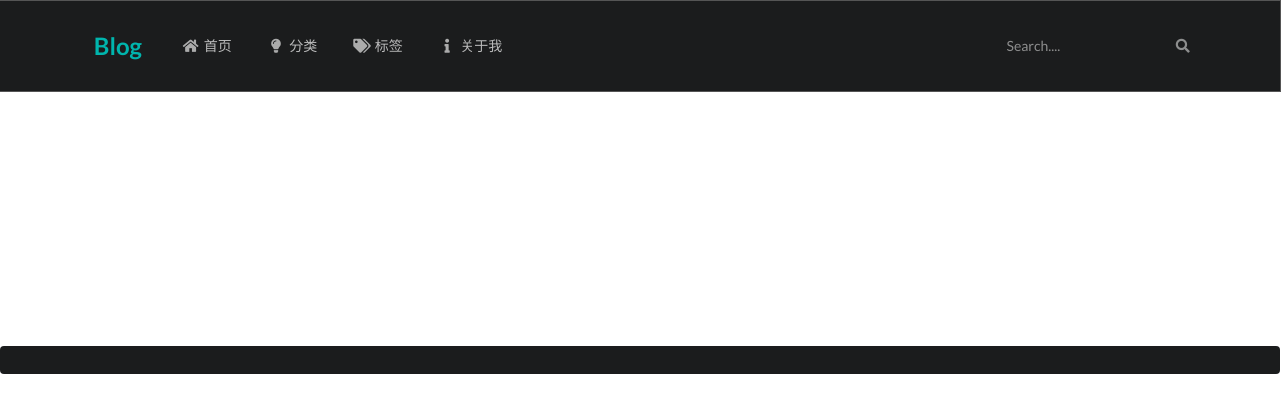
Repository: GOGOHQ/myblog
Page: index.html
The author's editor kept a copy of each file at every save. The page is drawn from the files as they stood at one save, then again after the next save.
The browser window is 1280 px wide. The page is 1281 px wide, so the pictures cover 1281 px, including what lies to the right of the window. The pictures show the whole page.
Some web libraries are served in a nearby version.

Above is the page before, as saved 2020-01-16 14:53:38.

### index.html
<!DOCTYPE html>
<html lang="en">

<head>
    <meta charset="UTF-8">
    <meta name="viewport" content="width=device-width, inital-scale=1.0">
    <title>首页</title>
    <link rel="stylesheet" href="static/css/me.css">
    <link rel="stylesheet" href="https://cdn.jsdelivr.net/semantic-ui/2.2.4/semantic.min.css">
    <script src="https://cdn.jsdelivr.net/npm/jquery@3.2/dist/jqurey.min.js"></script>
    <script src="https://cdn.jsdelivr.net/semantic-ui/2.2.4/semantic.min.js"></script>
</head>

<body>
<!-- 导航 -->
<nav class="ui inverted  attached  segment m-padded-tb-mini">
    <div class="ui container">
        <div class="ui secondary inverted menu">
            <h2 class="ui teal header item">Blog</h2>
            <a href="#" class="item"><i class="home icon"></i>首页</a>
            <a href="#" class="item"><i class="idea icon"></i>分类</a>
            <a href="#" class="item"><i class="tags icon"></i>标签</a>
            <a href="#" class="item"><i class="info icon"></i>关于我</a>
            <div class="right item">
                <div class="ui icon  inverted transparent input">
                    <input type="text" placeholder="Search....">
                    <i class="search link icon"></i>
                </div>
            </div>
        </div>
    </div>
</nav>
<!-- 内容 -->
<div>
    <br> <br> <br> <br> <br> <br> <br> <br> <br> <br> <br> <br>
</div>
<!-- 底部 -->
<footer class="ui inverted segment ">

</footer>
</body>


</html>

Loaded but not shown: static/css/me.css (no stored copy; drawn as an empty file)

After the next save:
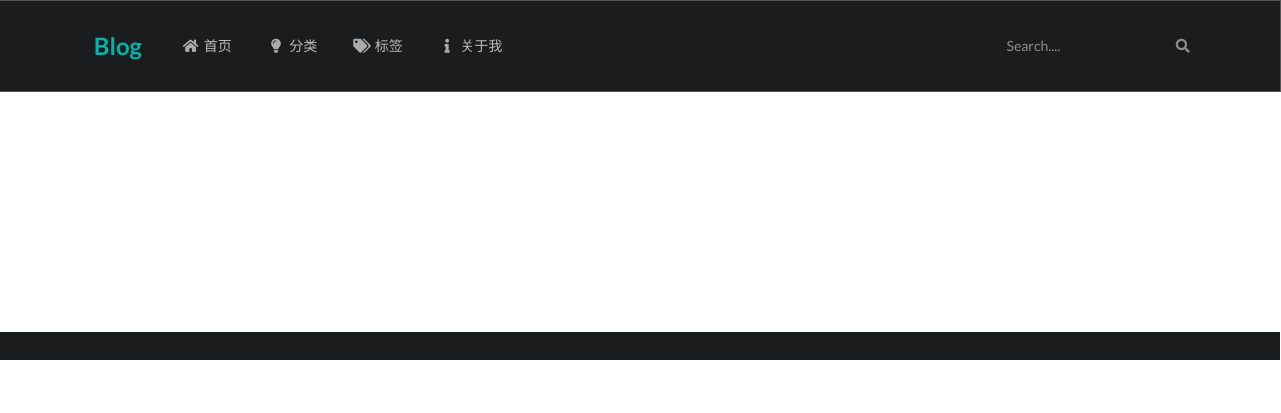
Saved 16 s later.
--- a/index.html
+++ b/index.html
@@ -35,7 +35,7 @@
     <br> <br> <br> <br> <br> <br> <br> <br> <br> <br> <br> <br>
 </div>
 <!-- 底部 -->
-<footer class="ui inverted segment ">
+<footer class="ui inverted vertical segment ">
 
 </footer>
 </body>
